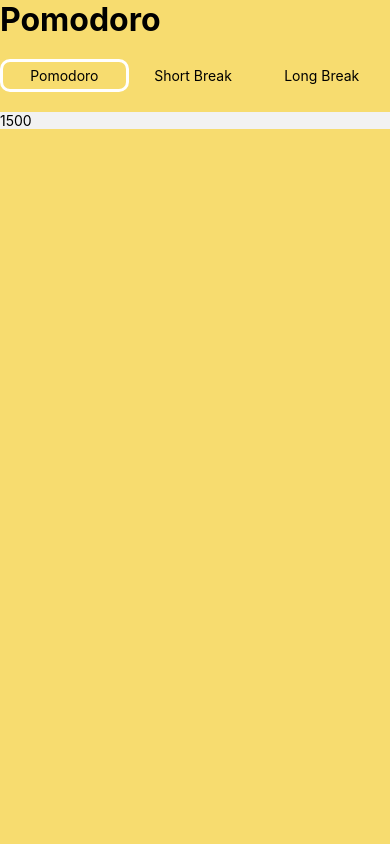
Repository: rchavarria77/pomodoro-app
Screen: /
The author's editor kept a copy of each file at every save. The screen is drawn from the files as they stood at one save, then again after the next save.
The app was drawn by React Native's web renderer in a window 390 px wide. The project was rebuilt for these pictures with package versions that can differ from the ones it lists, and the page was loaded fresh each time.

Above is the screen before, as saved 2024-02-01 00:57:54.

After the next save:
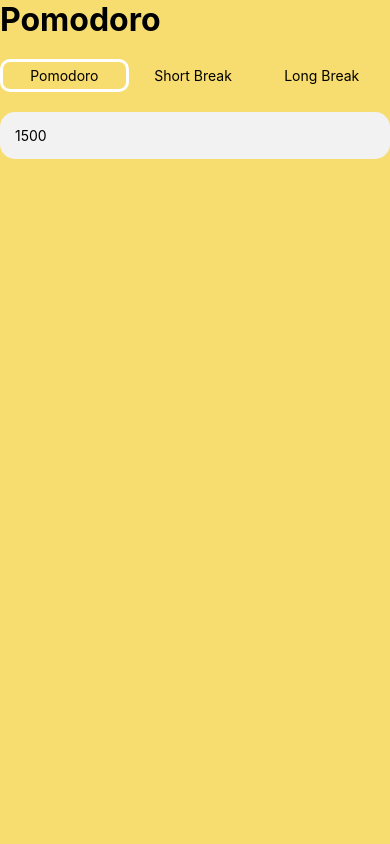
Saved 22 s later.
--- a/src/components/Timer.jsx
+++ b/src/components/Timer.jsx
@@ -11,5 +11,7 @@ export const Timer = ({ time }) => {
 const styles = StyleSheet.create({
   container: {
     backgroundColor: '#F2F2F2',
+    padding: 15,
+    borderRadius: 15,
   },
 });
